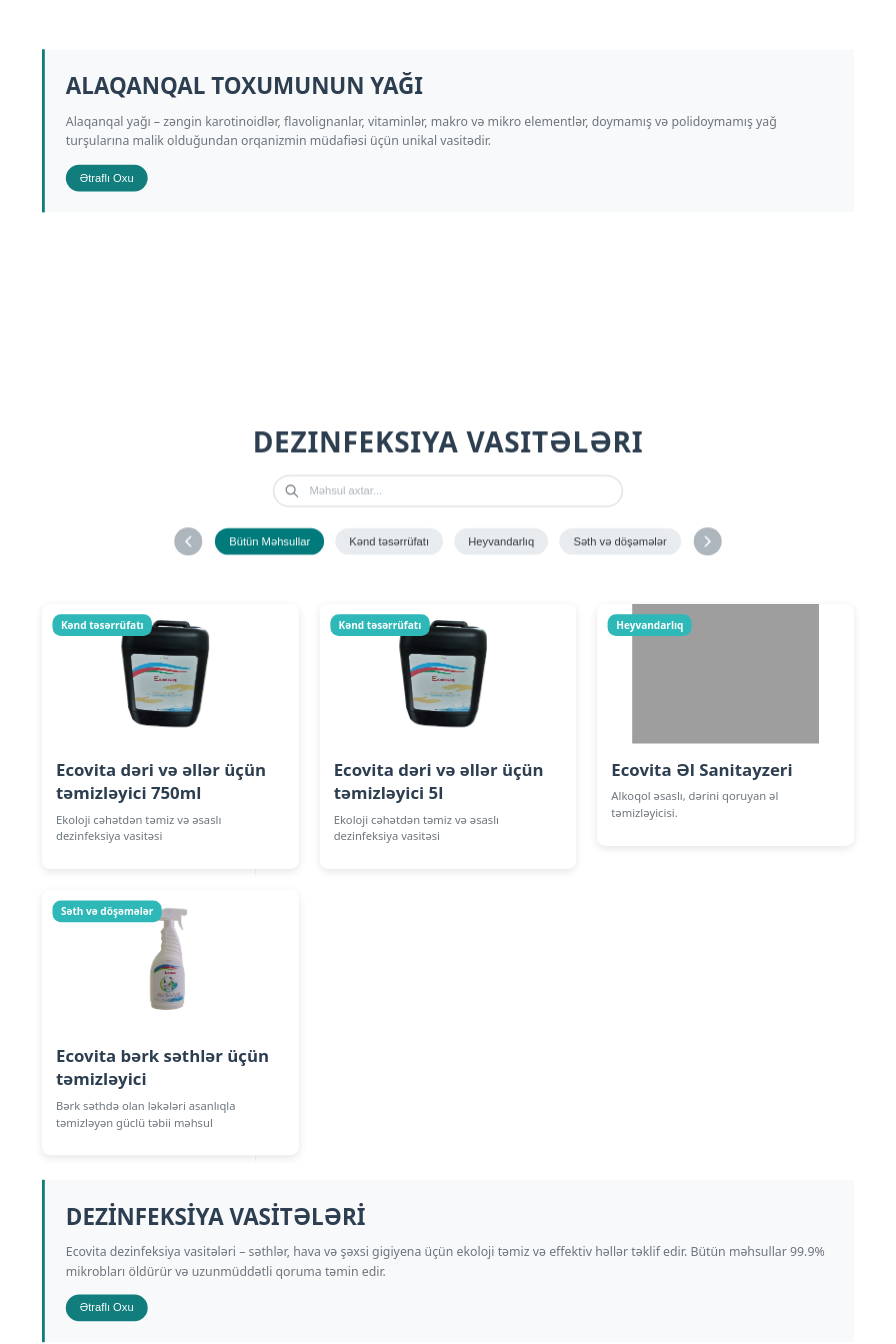
Repository: ferhadsultan98/ecovita
Page: /
These files come from the project's save history. The page is drawn as it stood at one moment and after a run of saves; the edit follows.
The browser window is 1280 px wide. The pictures show the part of the page from y = 3008 to 4928 px (the page is 5507 px tall), at 70% of full size.
Pictures or frames that could not be fetched are drawn as grey boxes. The project was rebuilt for these pictures with package versions that can differ from the ones it lists, and the page was loaded fresh each time. Also part of the build but not shown: vite.config.js.

Above is the page before, as saved 2025-05-07 14:26:15.

After the next 2 saves:
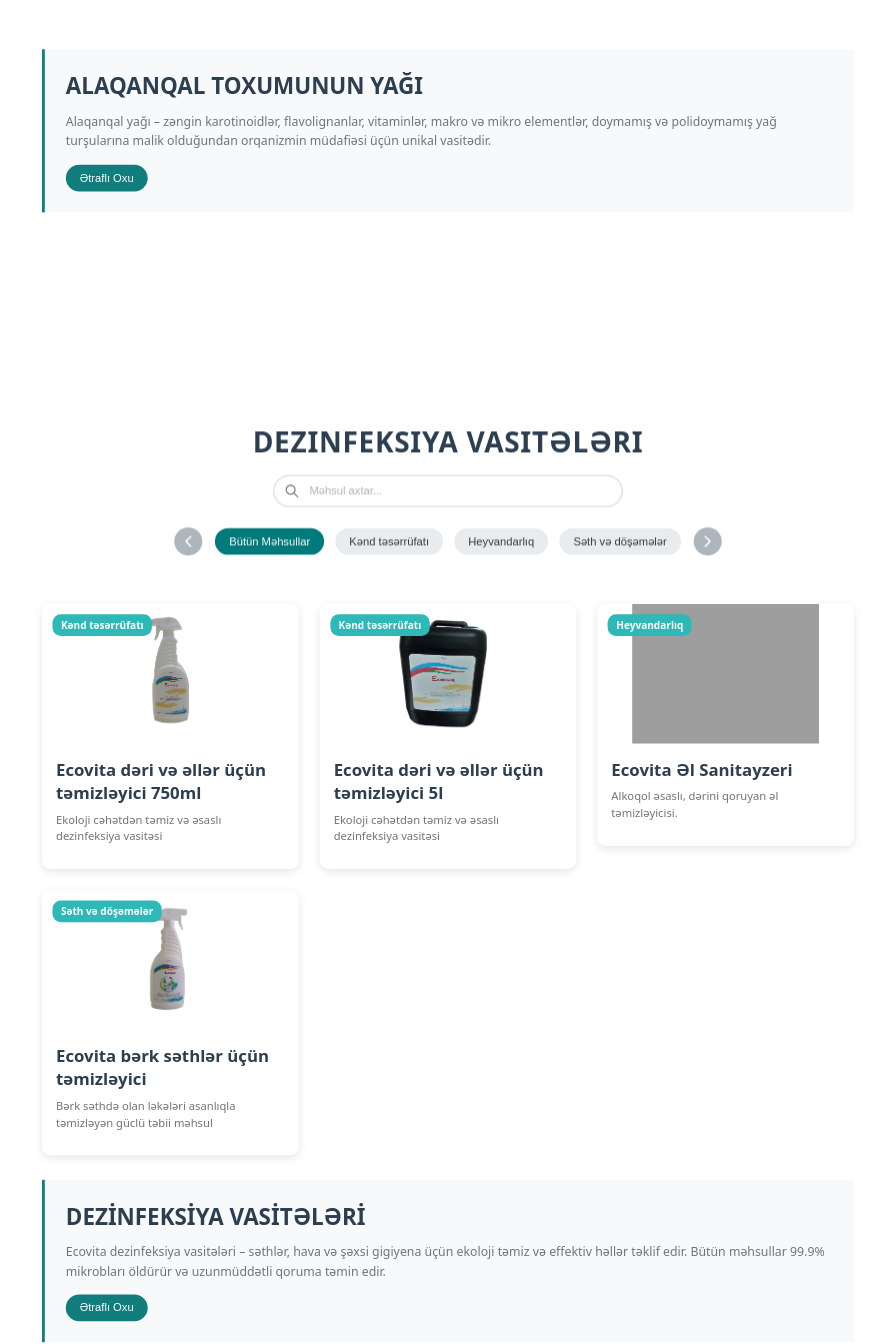
The 2 saves are shown as one change because they came seconds apart.
The last was saved 29 s later.
--- a/src/Pages/MenuSection/menuItems.json
+++ b/src/Pages/MenuSection/menuItems.json
@@ -45,7 +45,7 @@
             "az": "Ekoloji cəhətdən təmiz və əsaslı dezinfeksiya vasitəsi"
           },
           "price": 12.5,
-          "image_url": "/assets/Fotolar/Deriveeller5l.png"
+          "image_url": "/assets/Fotolar/Deriveeller750ml.png"
         },
         {
           "id": "2",

After the 2 saves that followed:
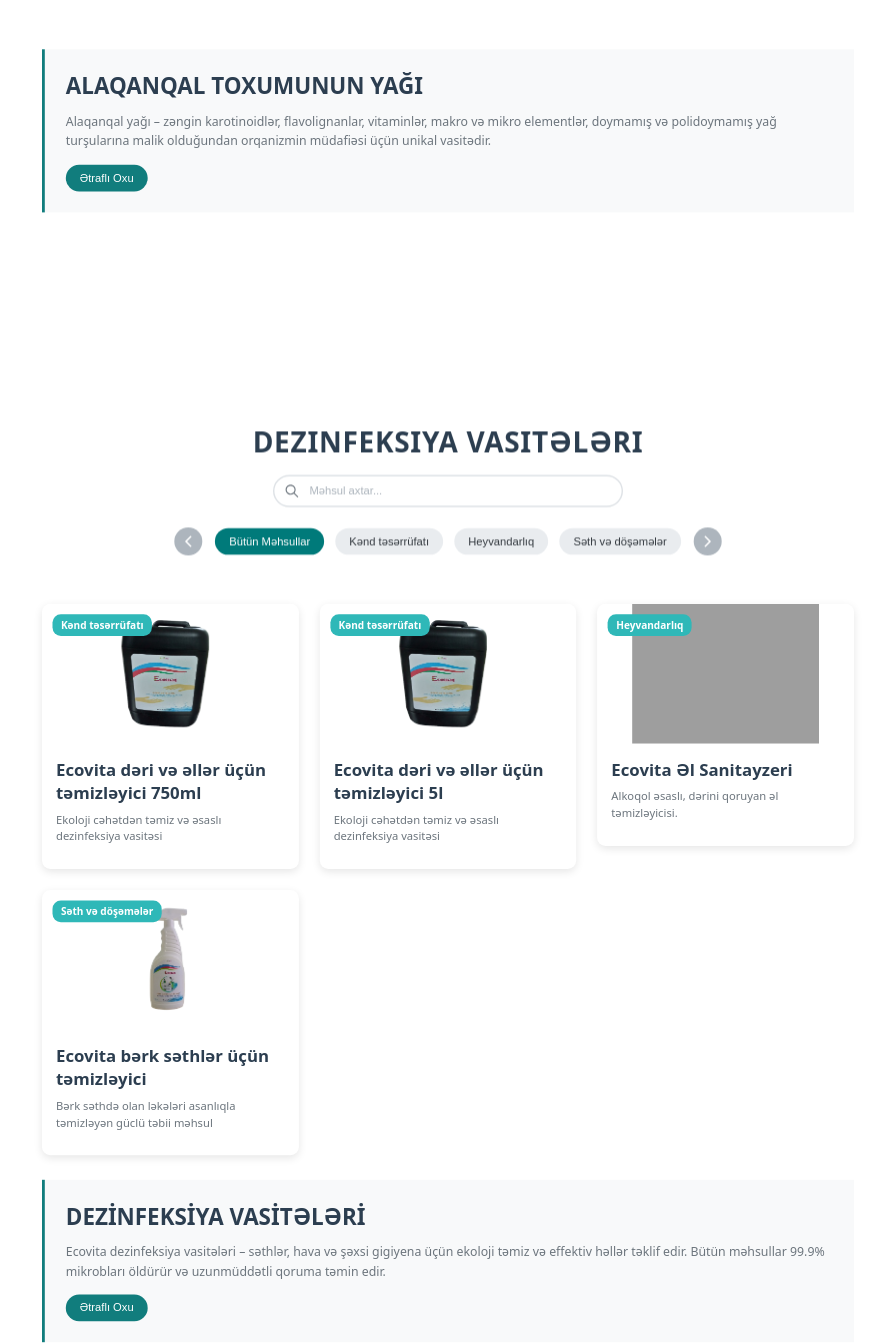
The 2 saves are shown as one change because they came seconds apart.
The last was saved 2 min 51 s later.
--- a/src/Pages/MenuSection/menuItems.json
+++ b/src/Pages/MenuSection/menuItems.json
@@ -45,7 +45,7 @@
             "az": "Ekoloji cəhətdən təmiz və əsaslı dezinfeksiya vasitəsi"
           },
           "price": 12.5,
-          "image_url": "/assets/Fotolar/Deriveeller750ml.png"
+          "image_url": "/assets/Fotolar/Deriveeller5l.png"
         },
         {
           "id": "2",
